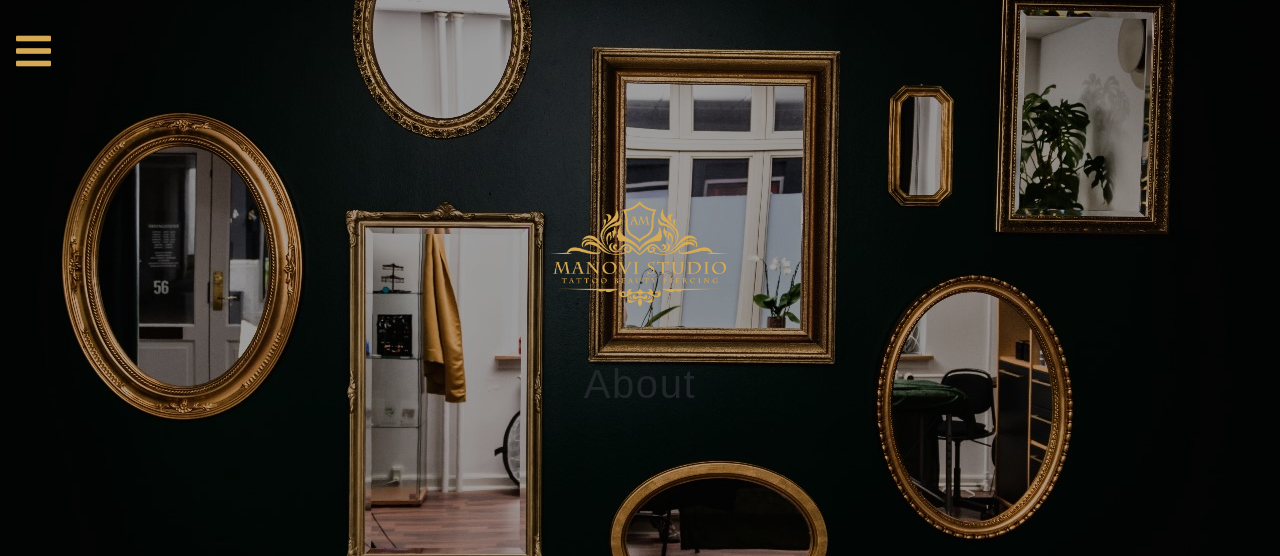
Repository: Spreceriany/TattooWeb
Page: about.html
These files come from the project's save history. The page is drawn as it stood at one moment and after the next save; the edit follows.
The browser window is 1280 px wide. The pictures show the part of the page from y = 0 to 556 px (the page is 1151 px tall).
A picture or video elsewhere on the page could not be fetched, so the positions and the page height are approximate. Some web fonts or font styles are not loaded; a fallback is used. Some web libraries are served in a nearby version.

Above is the page before, as saved 2020-04-10 16:33:17.
Console error: ReferenceError: AOS is not defined

After the next save:
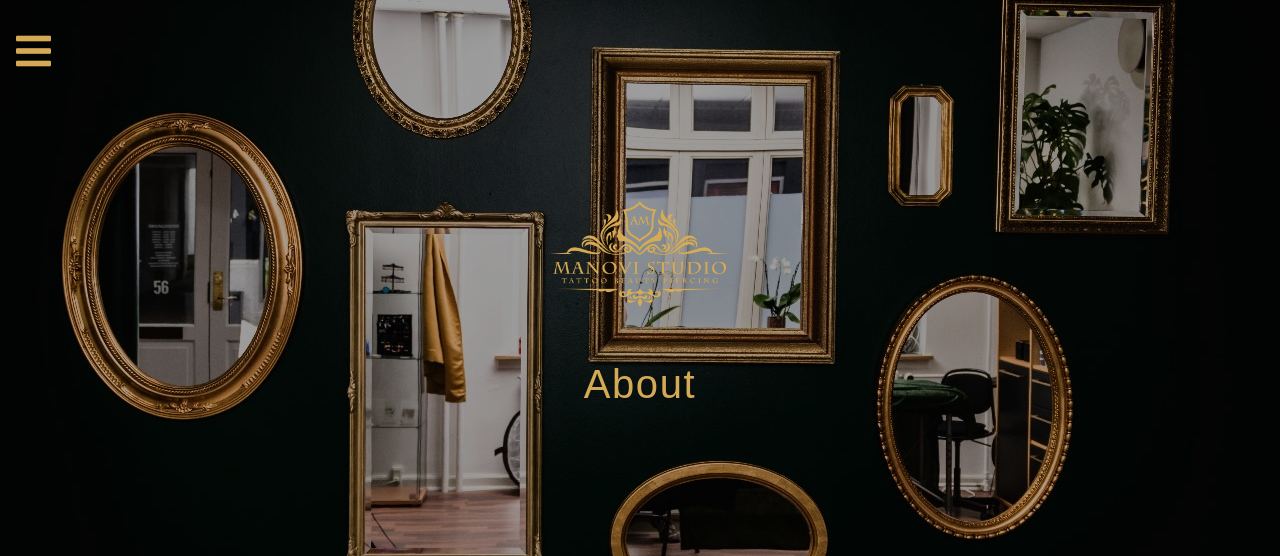
Saved 9 s later.
--- a/about.html
+++ b/about.html
@@ -65,7 +65,7 @@
 
       <div class="container-fluid about-bg align-items-center flex-column d-flex justify-content-center text-center">
         <img src="images/GOLD.png" alt="logo" class="img-fluid">
-        <h1>About</h1>
+        <h1 class="gold"> About</h1>
       </div>
 
 
